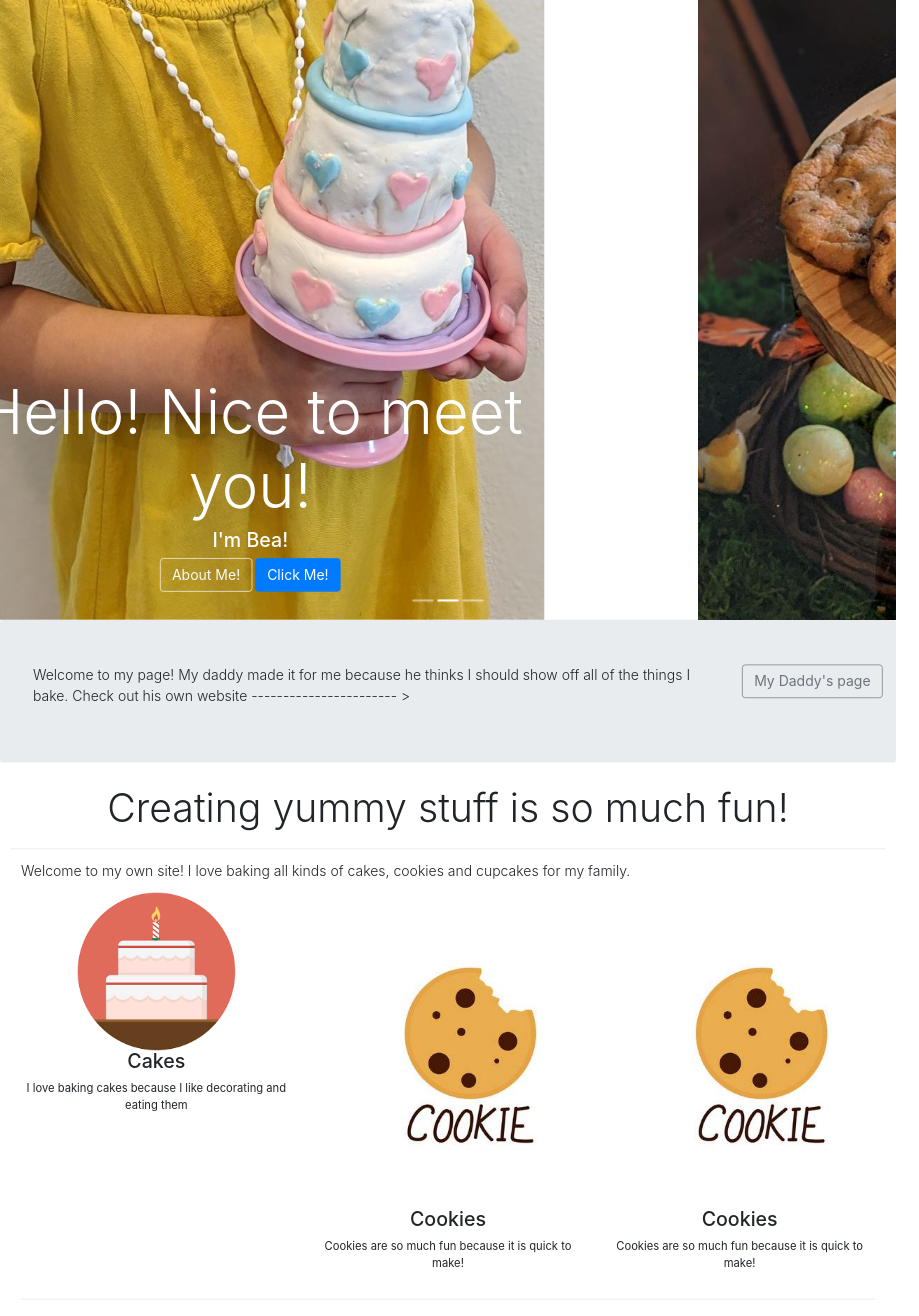
Repository: djzaragoza/Bea-Creation
Page: index.html
An editor plug-in stored every save of this project. The page is shown before and after a run of saves, followed by the edit.
The browser window is 1280 px wide. The page is 1313 px wide, then 1280 px, so the pictures cover 1313 px, including what lies to the right of the window. The pictures show the part of the page from y = 1056 to 2936 px (the page is 2936 px tall), at 70% of full size.
Some web libraries are served in a nearby version.

Above is the page before, as saved 2020-04-07 12:38:55.

### index.html
<!DOCTYPE html>
<html lang="en">
<head>
    <meta charset="utf-8">
    <meta name="viewport" content="width=device-width, initial-scale=1">
    <title>Bea's Creation</title>
    <link rel="stylesheet" href="https://maxcdn.bootstrapcdn.com/bootstrap/4.0.0/css/bootstrap.min.css">
    <script src="https://ajax.googleapis.com/ajax/libs/jquery/3.3.1/jquery.min.js"></script>
    <script src="https://cdnjs.cloudflare.com/ajax/libs/popper.js/1.12.9/umd/popper.min.js"></script>
    <script src="https://maxcdn.bootstrapcdn.com/bootstrap/4.0.0/js/bootstrap.min.js"></script>
    <script src="https://use.fontawesome.com/releases/v5.0.8/js/all.js"></script>
    <link rel="style.css" rel="stylesheet">
</head>
<body>

<!-- navigation -->
<nav class="navbar navbar-expand-md navbar-light bg-light sticky-top">
<div class="container-fluid">
    <a class="navbar-brand" href="#"><img src=""></a>
    <button class="navbar-toggler" type="button" data-toggle="collapse" data-target="#navbarResponsive">
        <span class="navbar-toggler-icon"></span>
    </button>
    <div class="collapse navbar-collapse" id="navbarResponsive">
        <ul class="navbar-nav ml-auto">
            <li class="nav-item active">
                <a class="nav-link" href="#">Home</a>
            </li>
            <li class="nav-item">
                <a class="nav-link" href="#">Cakes</a>
            </li>
            <li class="nav-item">
                <a class="nav-link" href="#">Cupcakes</a>
            </li>
            <li class="nav-item">
                <a class="nav-link" href="#">Cookies</a>
            </li>
        </ul>
    </div>

</div>


</nav>


<!-- image slider -->
<div id="slides" class="carousel slide" data-ride="carousel">
    <ul class="carousel-indicators">
        <li data-target="#slides" data-slide-to="0" class="active"></li>
        <li data-target="#slides" data-slide-to="1">
        <li data-target="#slides" data-slide-to="2">
    </ul>
    <div class="carousel-inner">
        <div class="carousel-item active">
            <img src="img/bea_cover_photo.jpg">
            <div class="carousel-caption">
                <h1 class="display-2">Hello! Nice to meet you!</h1>
                <h3>I'm Bea!</h3>
                <button type="button" class="btn btn-outline-light btn-lg">About Me!</button>
                <button type="button" class="btn btn-primary btn-lg">Click Me!</button>
            </div>
        </div>
        <div class="carousel-item">
            <img src="img/bea_home_cookies.jpg">
        </div>
        <div class="carousel-item">
            <img src="img/bea_home_cupcakes.jpg">
        </div>
    </div>
</div>


<!-- jumbotron -->
<div class="container-fluid">
    <div class="row jumbotron">
        <div class="column-xs-12 col-sm-12 col-md-9 col-lg-9 col-xl-10">
            <p class="lead">Welcome to my page!  My daddy made it for me because he thinks I should show off all of the things I bake.  Check out his own website      ----------------------- > </p>
        </div>
        <div class="col-xs-12 col-sm-12 col-md-3 col-lg-3 col-xl-2">
            <a href="https://www.djzaragoza.dev" target="_blank"><button type="button" class="btn btn-outline-secondary btn-lg">My Daddy's page</button></a>
        </div>

    </div>
</div>

<!-- welcome section -->

<div class="container-fluid padding">
<div class="row welcome text-center">
    <div class="col-12">
        <h1 class="display-4">Creating yummy stuff is so much fun!</div>
    </div>
    <hr>
    <div class="col-12">
        <p class="lead">Welcome to my own site!  I love baking all kinds of cakes, cookies and cupcakes for my family.</p>
    </div>
<div>
</div>

<!-- three column section -->
<div class="container-fluid padding">
<div class="row text-center padding">
    <div class="col-xs-12 col-sm-6 col-md-4">
        <img src="img/cake_icon.png">
        <h3>Cakes</h3>
        <p>I love baking cakes because I like decorating and eating them</p>
    </div>
    <div class="col-xs-12 col-sm-6 col-md-4">
        <img src="img/cookie_icon.jpg">
        <h3>Cookies</h3>
        <p>Cookies are so much fun because it is quick to make!</p>
    </div>
    <div class="col-xs-12 col-sm-6 col-md-4">
        <img src="img/cookie_icon.jpg">
        <h3>Cookies</h3>
        <p>Cookies are so much fun because it is quick to make!</p>
    </div>
</div>
<hr class="my-4">
</div>

<!-- two column section -->

<!-- fixed background -->

<!-- emoji section -->

<!-- meet the team -->

<!-- cards -->

<!-- two column section -->







</body>



</html>

After the next 2 saves:
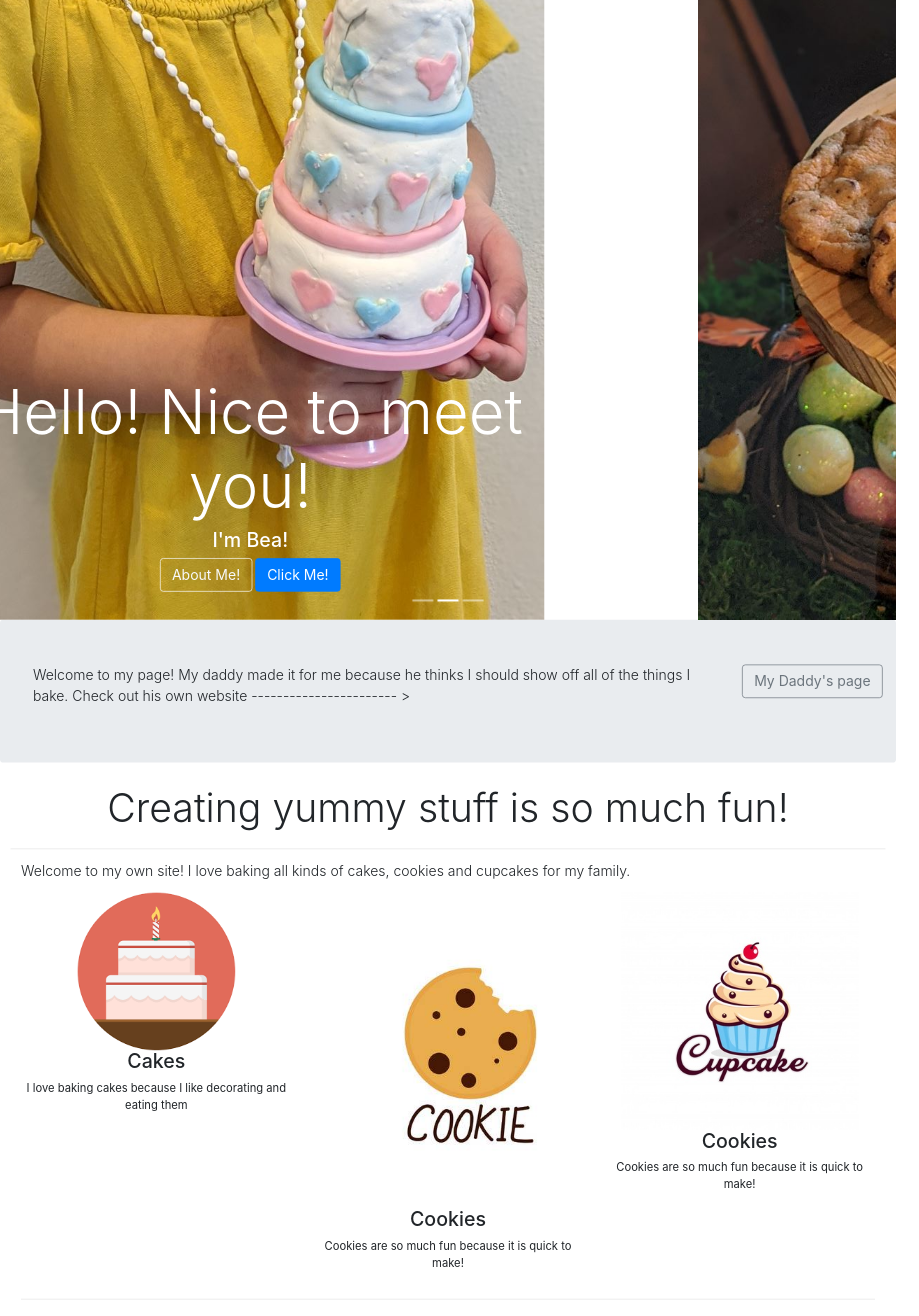
The 2 saves are shown as one change because they came seconds apart.
The last was saved 9 s later.
--- a/index.html
+++ b/index.html
@@ -111,7 +111,7 @@
         <p>Cookies are so much fun because it is quick to make!</p>
     </div>
     <div class="col-xs-12 col-sm-6 col-md-4">
-        <img src="img/cookie_icon.jpg">
+        <img src="img/cupcake_icon.jpg">
         <h3>Cookies</h3>
         <p>Cookies are so much fun because it is quick to make!</p>
     </div>
